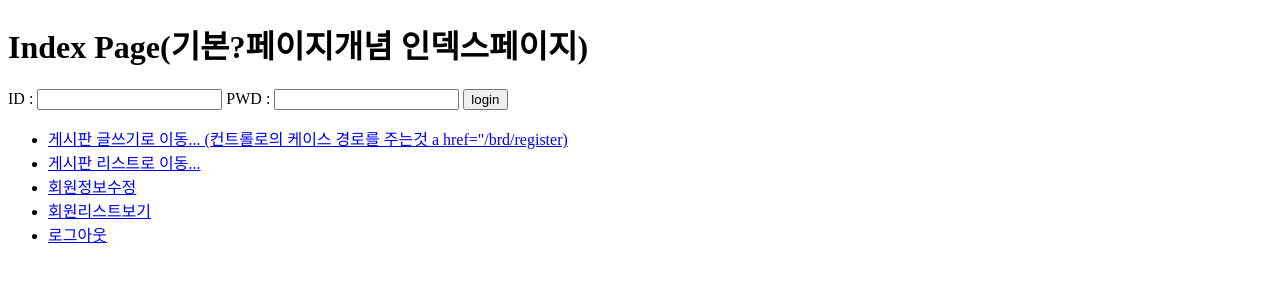
Repository: gatsby5959/_jsp_workspace_brd-mem_copy
Page: http://localhost/jsp_BoardMember/
The author's editor kept a copy of each file at every save. The page is drawn from the files as they stood at one save, then again after the next save.
The browser window is 1280 px wide. The pictures show the whole page.
The page is served by Tomcat 9.

Above is the page before, as saved 2023-09-08 07:52:36.

After the next save:
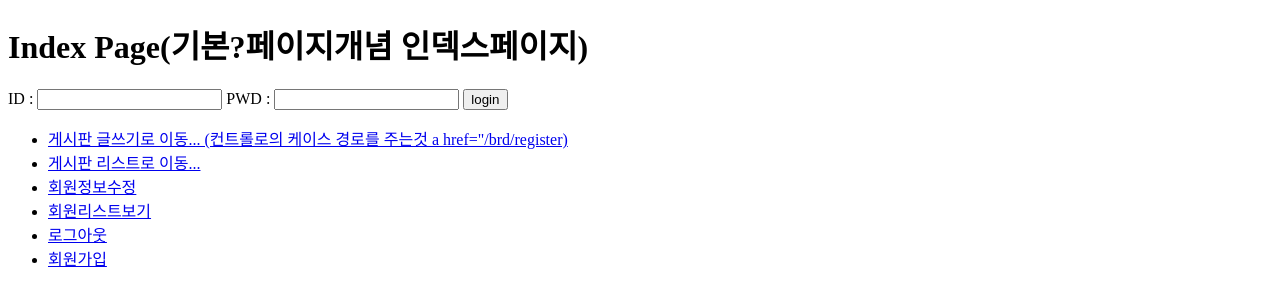
Saved 32 s later.
--- a/jsp_BoardMember/src/main/webapp/index.jsp
+++ b/jsp_BoardMember/src/main/webapp/index.jsp
@@ -32,6 +32,9 @@
 	<li>
 		<a href="#">로그아웃</a>
 	</li>
+	<li>
+		<a href="#">회원가입</a>
+	</li>
 </ul>
 </body>
 </html>
